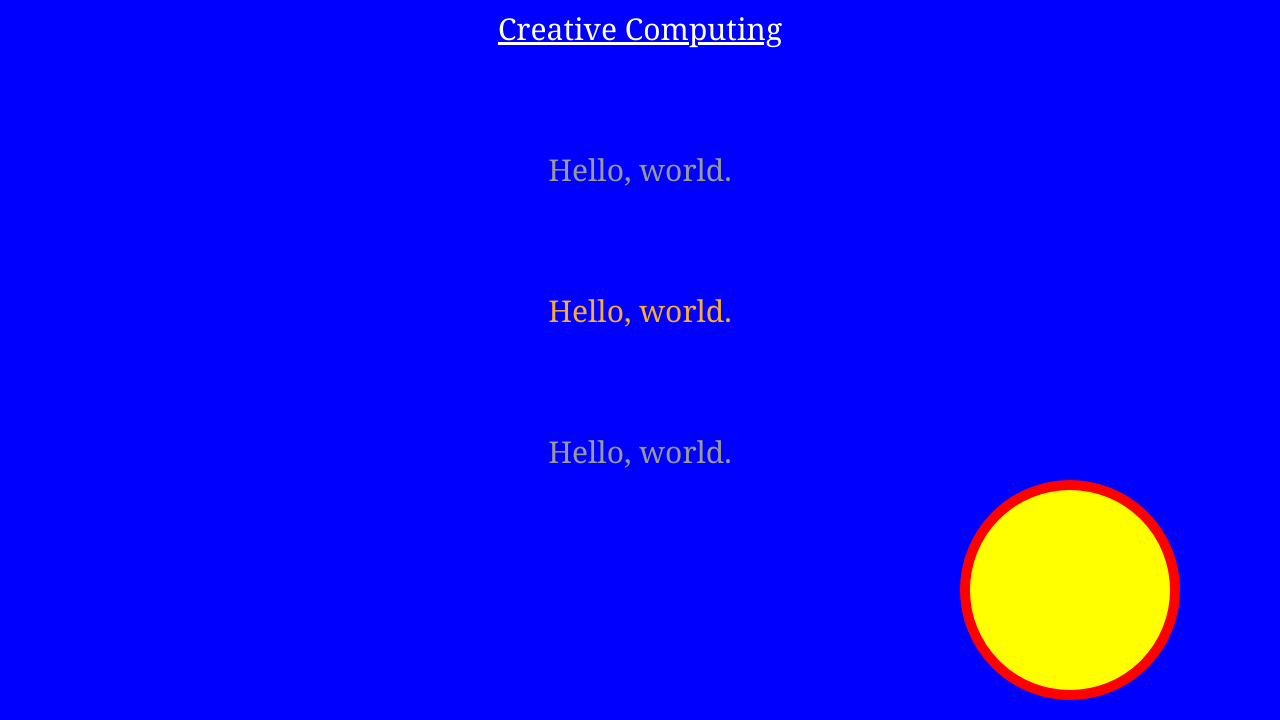
Repository: hyereechoi/hyereechoi.github.io
Page: hyeree.html
The author's editor kept a record of every edit. The page is drawn from the files as they stood at one moment, then again after the next edit.
The browser window is 1280 px wide. The pictures show the whole page.

Above is the page before.

After the next edit:
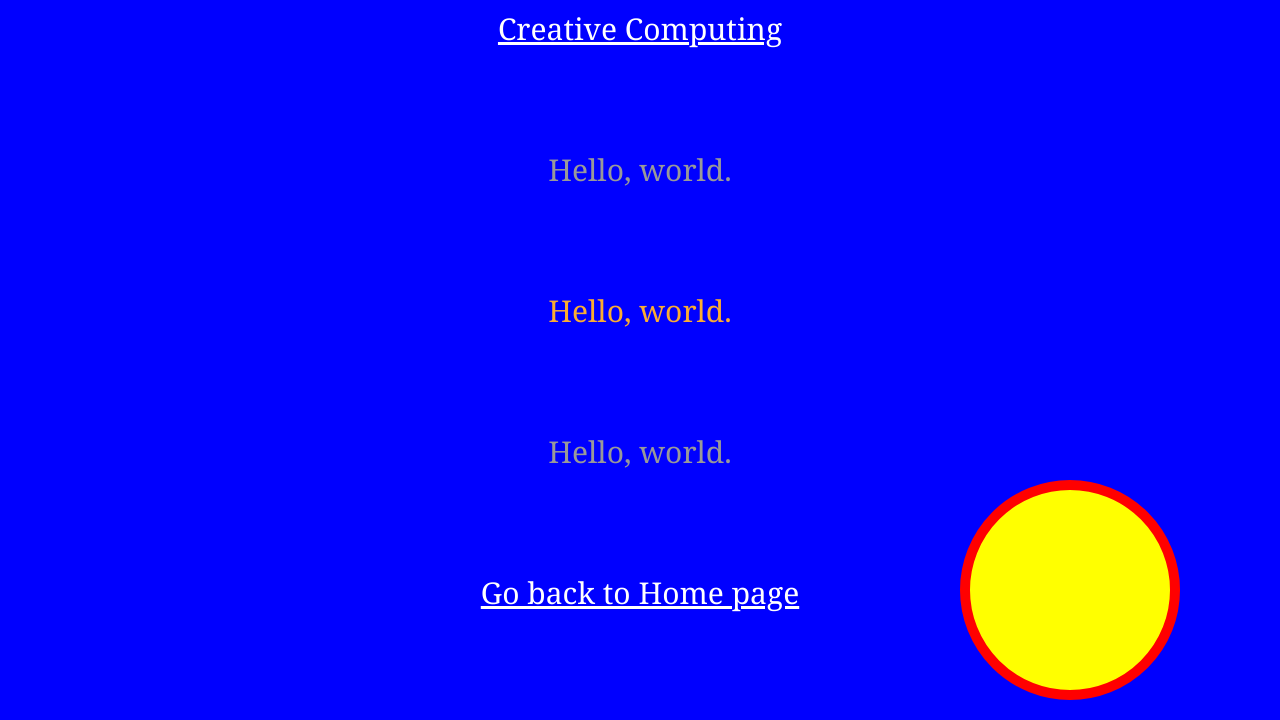
The edit:
--- a/hyeree.html
+++ b/hyeree.html
@@ -17,5 +17,7 @@
 		<p class="paragraph2">Hello, world.</p>
 		<p>Hello, world.</p>
 
+		<a href="index.html">Go back to Home page</a>
+
 	</body>
 </html>
